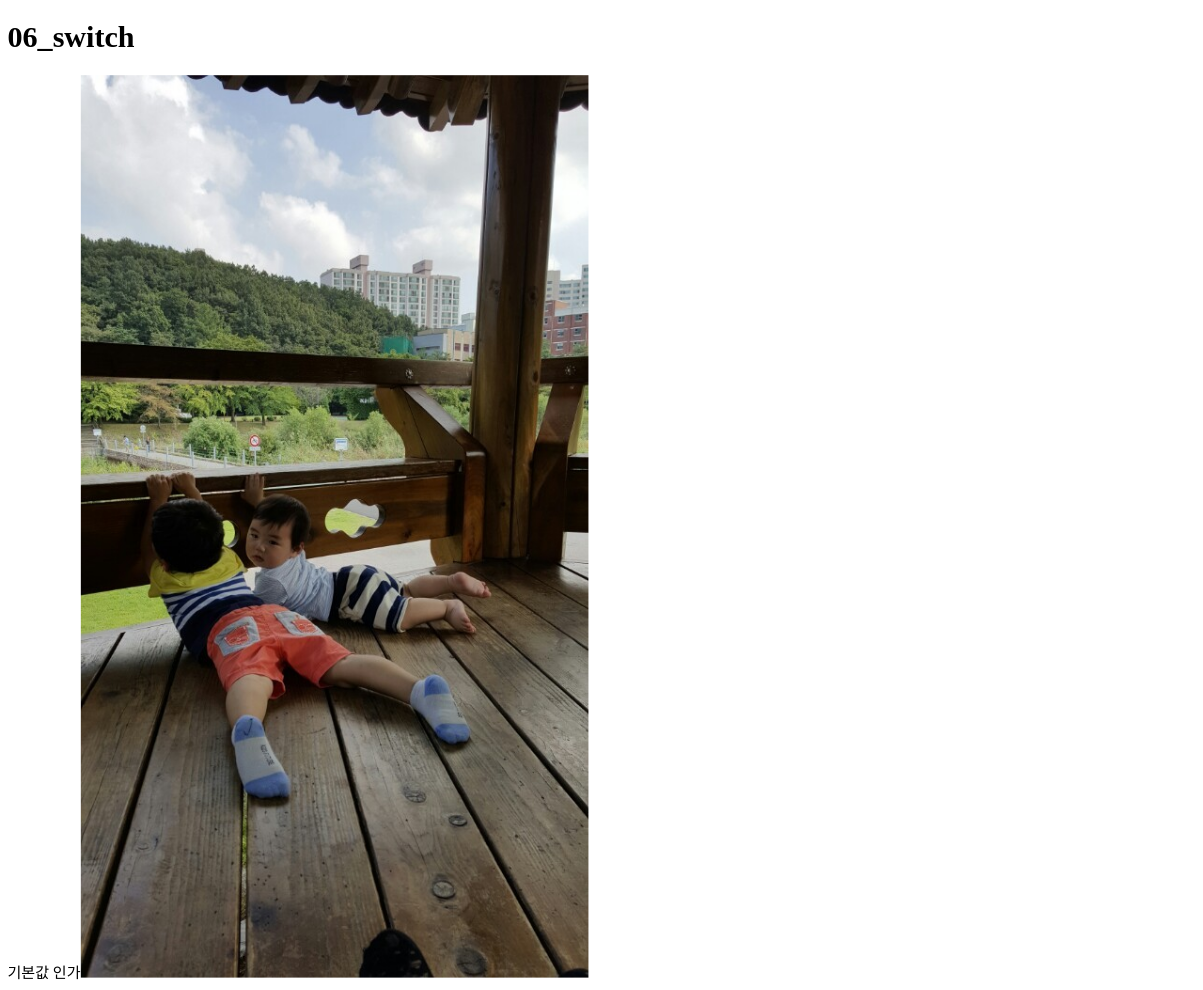
Repository: psun2/Korea-IT-Academy
Page: (back up) _ 오전/study_a/web_work/scriptProj/WebContent/first/06_switch.html
These files come from the project's save history. The page is drawn as it stood at one moment and after the next save; the edit follows.
The browser window is 1280 px wide. The pictures show the whole page, at 94% of full size.

Above is the page before, as saved 2020-07-30 06:14:47.

### (back up) _ 오전/study_a/web_work/scriptProj/WebContent/first/06_switch.html
<!DOCTYPE html>
<html>
<head>
<meta charset="UTF-8">
<title>06_switch</title>
</head>
<body>
<h1>06_switch</h1>
<script>

	switch(789){
		case 5:
			document.write('5 인가')
			break
		case 10:
			document.write('10 인가')
			break
		case 5:
			document.write('5 이지롱')
			break
		case 10:
			document.write('10 이지롱')
			break
		case true:
			document.write('참 인가')
			break
		case 123.456:
			document.write('소숫점 인가')
			break
		case '졸려':
			document.write('졸림 인가')
			break
		default:
			document.write('기본값 인가')
			break

	}

	/*
		switch 사용하여
		회원 학년이 1,4학년 : son_1
		회원 학년이 2,6학년 : son_2
		회원 학년이 3,5학년 : son_3
		를 출력하세요
	*/

	var year = 5
	var ff
	switch(year){

		case 1:
		case 4:
			ff = '1.jpeg'
			break
		case 2:
		case 6:
			ff = '2.bmp'
			break
		case 3:
		case 5:
			ff = '3.png'
			break
	}

	var img = '<img src="../fff/son'+ff+'" alt="" />'

	document.write(img)
</script>


</body>
</html>

After the next save:
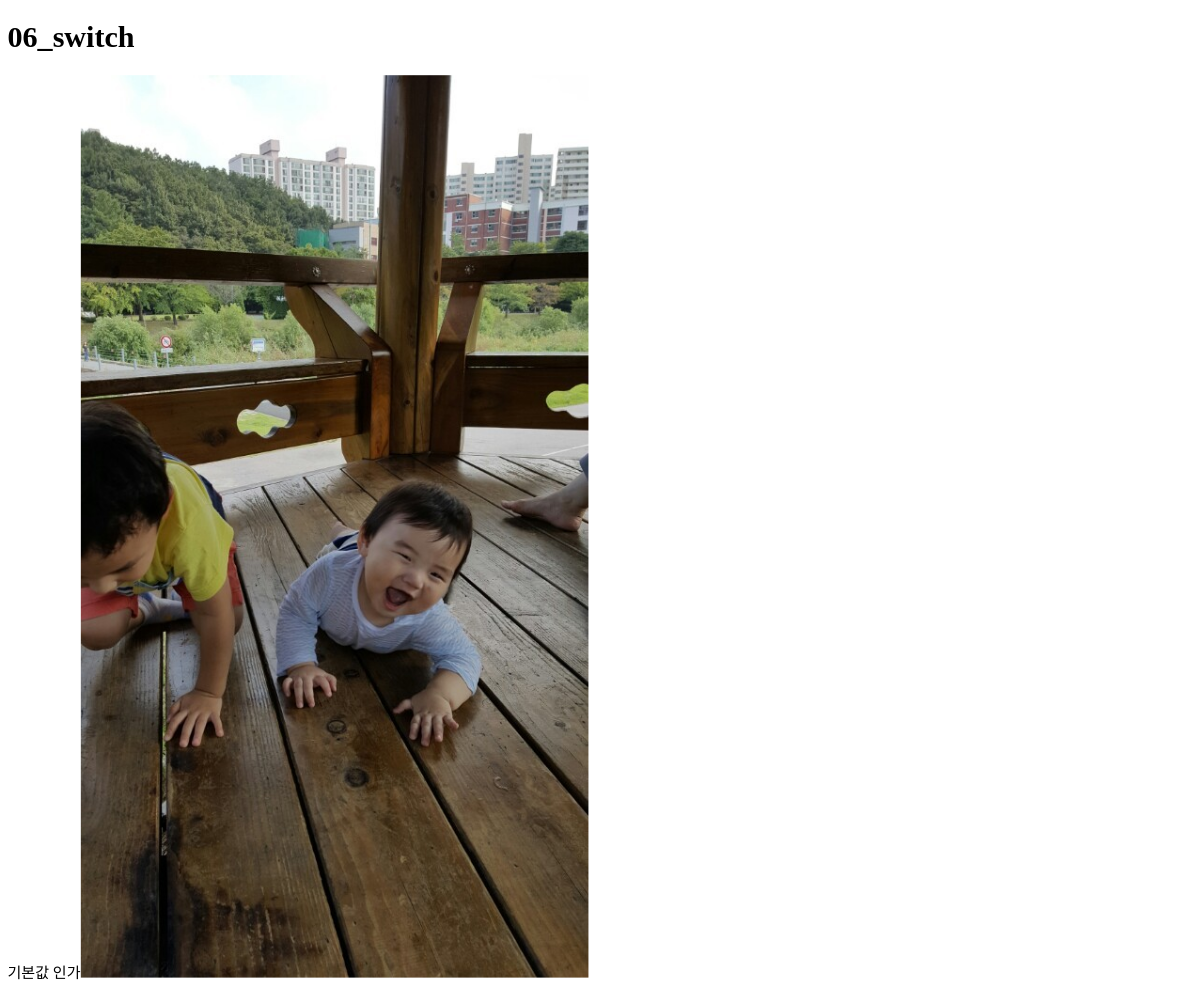
Saved 9 s later.
--- a/(back up) _ 오전/study_a/web_work/scriptProj/WebContent/first/06_switch.html
+++ b/(back up) _ 오전/study_a/web_work/scriptProj/WebContent/first/06_switch.html
@@ -44,7 +44,7 @@
 		를 출력하세요
 	*/
 
-	var year = 5
+	var year = 6
 	var ff
 	switch(year){
 
